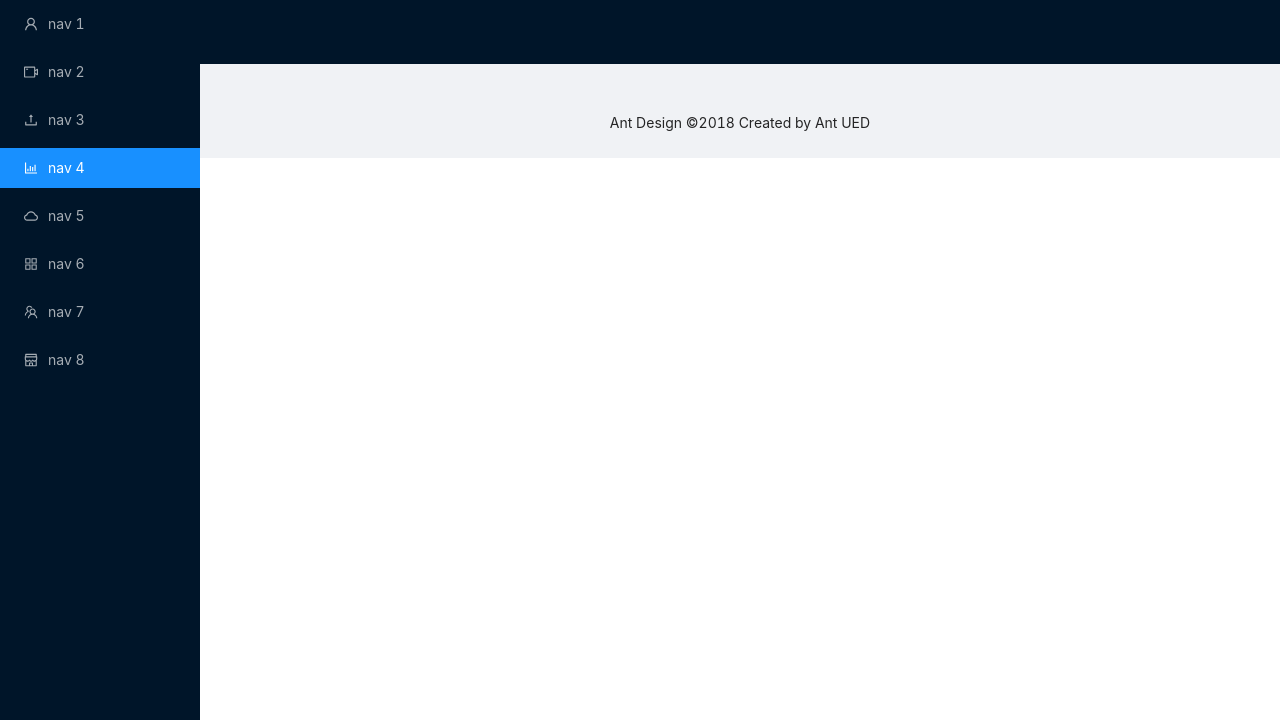
Repository: CBH20010703/BlogsAntd
Page: /
The author's editor kept a copy of each file at every save. The page is drawn from the files as they stood at one save, then again after the next save.
The browser window is 1280 px wide. The pictures show the whole page.
The project was rebuilt for these pictures with package versions that can differ from the ones it lists, and the page was loaded fresh each time. Also part of the build but not shown: src/view/404/Error.jsx.

Above is the page before, as saved 2021-06-20 22:28:49.

### src/index.js
import React from 'react';
import ReactDOM from 'react-dom';
import './index.css';
import App from './App';



ReactDOM.render(<App />,document.getElementById('root'));

### src/App.js
import './App.css';
import { React, Component } from "react";
import RouterMap from './router/RouterMap';
import { Layout, Menu } from 'antd';
import {
  AppstoreOutlined,
  BarChartOutlined,
  CloudOutlined,
  ShopOutlined,
  TeamOutlined,
  UserOutlined,
  UploadOutlined,
  VideoCameraOutlined,
} from '@ant-design/icons';
const { Header, Content, Footer, Sider } = Layout;
export default class  App extends Component {
  constructor(props) {
    super(props);
    this.state = {  collapsed: false, }
  }
   toggle = () => {
    this.setState({
      collapsed: !this.state.collapsed,
    });
  };
  render() {
    return (
      <Layout>
    <Sider
      style={{
        overflow: 'auto',
        height: '100vh',
        position: 'fixed',
        left: 0,
      }}
    >
      <div className="logo" />
      <Menu theme="dark" mode="inline" defaultSelectedKeys={['4']}>
        <Menu.Item key="1" icon={<UserOutlined />}>
          nav 1
        </Menu.Item>
        <Menu.Item key="2" icon={<VideoCameraOutlined />}>
          nav 2
        </Menu.Item>
        <Menu.Item key="3" icon={<UploadOutlined />}>
          nav 3
        </Menu.Item>
        <Menu.Item key="4" icon={<BarChartOutlined />}>
          nav 4
        </Menu.Item>
        <Menu.Item key="5" icon={<CloudOutlined />}>
          nav 5
        </Menu.Item>
        <Menu.Item key="6" icon={<AppstoreOutlined />}>
          nav 6
        </Menu.Item>
        <Menu.Item key="7" icon={<TeamOutlined />}>
          nav 7
        </Menu.Item>
        <Menu.Item key="8" icon={<ShopOutlined />}>
          nav 8
        </Menu.Item>
      </Menu>
    </Sider>
    <Layout className="site-layout" style={{ marginLeft: 200 }}>
      <Header className="site-layout-background" style={{ padding: 0 }} />
      <Content style={{ margin: '24px 16px 0', overflow: 'initial' }}>
          <RouterMap />
      </Content>
      <Footer style={{ textAlign: 'center' }}>Ant Design ©2018 Created by Ant UED</Footer>
    </Layout>
  </Layout>
    );
  }
}

### src/router/RouterMap.js
import React from 'react'
import { HashRouter, Route, Switch} from 'react-router-dom'
import Home from "../view/Home/Home.jsx";
import Error from "../view/404/Error.jsx";
export default class RouterMap  extends React.Component {
    updateHandle() {
        console.log('每次router变化之后都会触发')
    }
    render() {
        return (
            <HashRouter>
                <Switch>
                    <Route exact path="/" component={Home} />
                    <Route  path="*" component={Error} />
               </Switch>
            </HashRouter>
        )
    }
}

### src/view/Home/Home.jsx
import React, { Component } from 'react'
export default class Home extends Component {
      handleClick = e => {
    console.log('click ', e);
  };
    render() {
        return (
            <div>


            </div>
        )
    }
}

Loaded but not shown: public/index.html (common file); src/index.css (common file); src/App.css (common file)

After the next save:
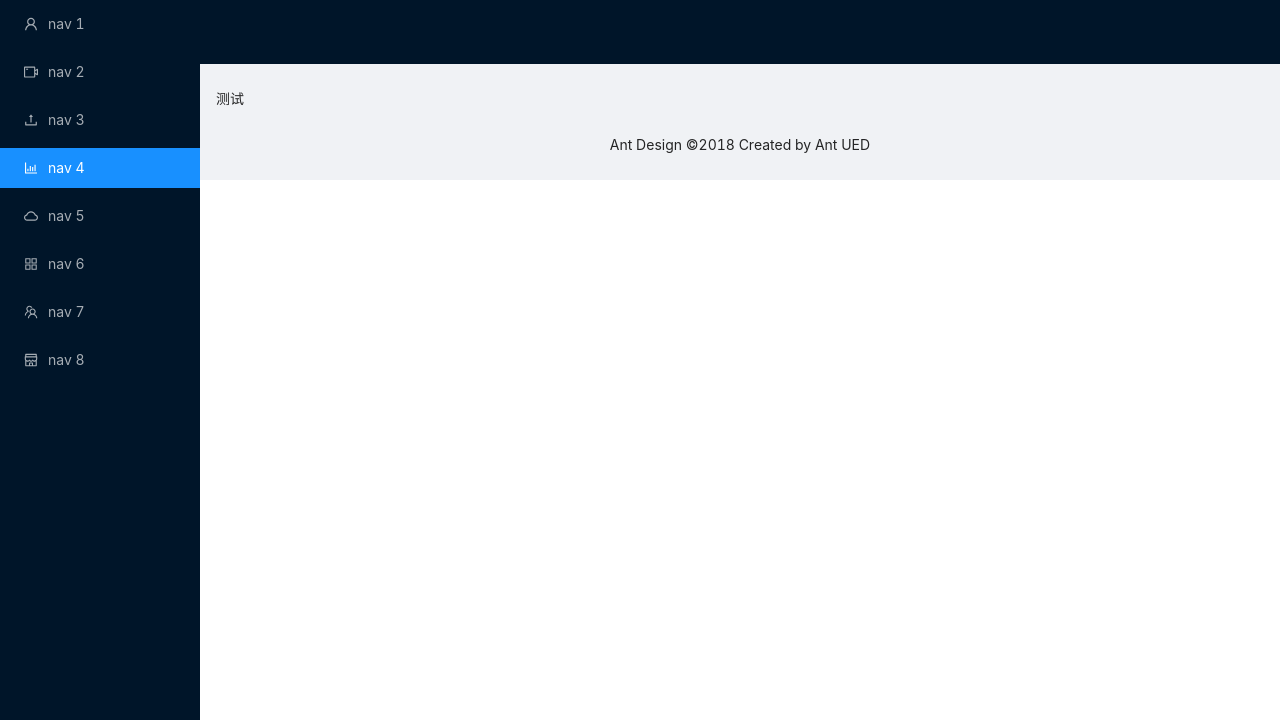
Saved 22 s later.
--- a/src/view/Home/Home.jsx
+++ b/src/view/Home/Home.jsx
@@ -6,8 +6,7 @@
     render() {
         return (
             <div>
-
-
+                测试
             </div>
         )
     }
